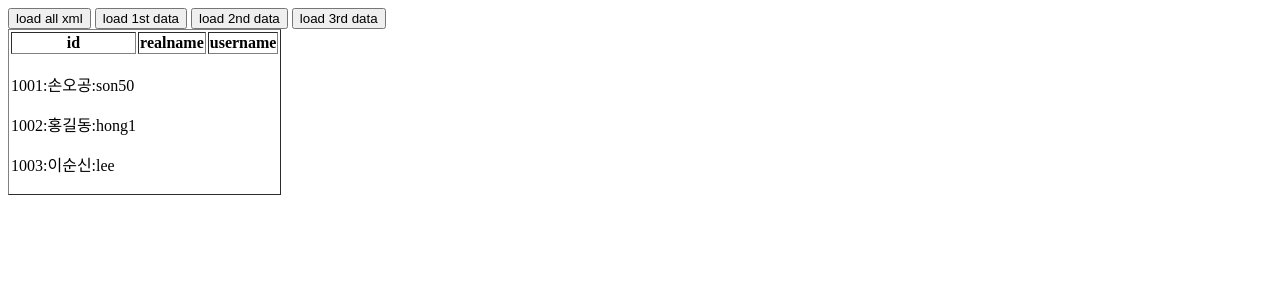
Repository: bluegony/spring_study
Page: jquerytest/src/main/webapp/loadxml.html
These files come from the project's save history. The page is drawn as it stood at one moment and after the next save; the edit follows.
The browser window is 1280 px wide. The pictures show the whole page.
After loading, the first visible `#loadAll` was clicked once.
Some web libraries are served in a nearby version.

Above is the page before, as saved 2013-09-05 03:16:28.

### jquerytest/src/main/webapp/loadxml.html

<!DOCTYPE html>
<html>
<head>
<meta charset="UTF-8">


<title>load xml</title>
</head>
<body>

	<form name="form1">

		<input type="button" id="loadAll" value="load all xml" /> <input
			type="button" id="loadxml1" value="load 1st data" /> <input
			type="button" id="loadxml2" value="load 2nd data" /> <input
			type="button" id="loadxml3" value="load 3rd data" />

	</form>
	<div id="disp"></div>

<table border="1">
  <tr>
    <th>id</th>
    <th>realname</th>
    <th>username</th>
  </tr
</table>

</body>

<style type="text/css">
<!--
img {
	max-width: 80%;
	max-height: 80%;
}
-->
</style>
<script type="text/javascript"
	src="http://code.jquery.com/jquery-1.6.4.min.js"></script>
<script type="text/javascript">
	$(function() {
		$(':button').click(function() {

			$.ajax({
				url:'members.xml',
				dataType:'xml',
				success:function (xml){
					parseXml(xml);
				}
			})

		})
	});
	function parseXml(xml){
		$("person", xml).each(function(){
			var id, realname, username;
			id=$("id",this).text();
			realname=$("realname",this).text();
			username=$("username",this).text();
			//$('#disp').append("<p>" + id + ":"+realname+":"+username+"</p>");
			p = "<p>" + id + ":"+realname+":"+username+"</p>";
			$(p).appendTo('table');
		});

	}
</script>

After the next save:
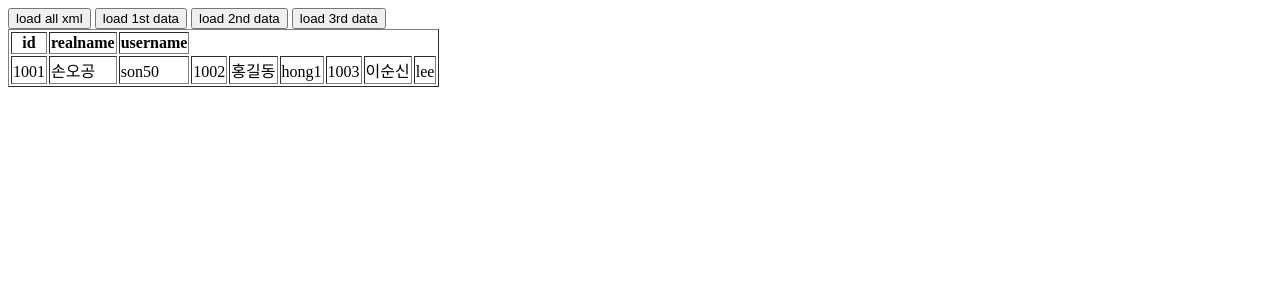
Saved 86 s later.
--- a/jquerytest/src/main/webapp/loadxml.html
+++ b/jquerytest/src/main/webapp/loadxml.html
@@ -24,7 +24,7 @@
     <th>id</th>
     <th>realname</th>
     <th>username</th>
-  </tr
+  </tr>
 </table>
 
 </body>
@@ -60,7 +60,7 @@ img {
 			realname=$("realname",this).text();
 			username=$("username",this).text();
 			//$('#disp').append("<p>" + id + ":"+realname+":"+username+"</p>");
-			p = "<p>" + id + ":"+realname+":"+username+"</p>";
+			p = "<td>" + id + "</td><td>"+realname+"</td><td>"+username+"</td>";
 			$(p).appendTo('table');
 		});
 
